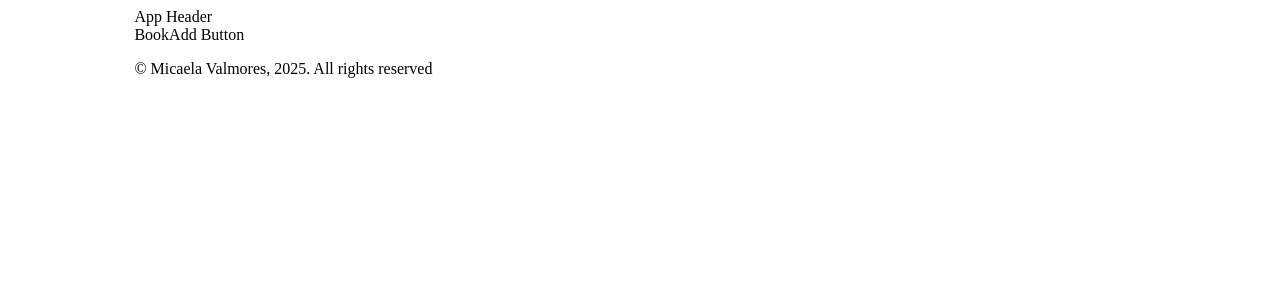
Repository: Micaelavalmores/COMP3170-Data-Fetching
Page: /
The author's editor kept a copy of each file at every save. The page is drawn from the files as they stood at one save, then again after a run of saves.
The browser window is 1280 px wide. The pictures show the whole page.
The project was rebuilt for these pictures with package versions that can differ from the ones it lists, and the page was loaded fresh each time. Also part of the build but not shown: vite.config.js.

Above is the page before, as saved 2025-09-22 17:49:52.

### index.html
<!doctype html>
<html lang="en">
  <head>
    <meta charset="UTF-8" />
    <meta name="viewport" content="width=device-width, initial-scale=1.0" />
    <title>Book Catalog</title>
  </head>
  <body>
    <div id="root"></div>
    <script type="module" src="/src/main.jsx"></script>
  </body>
</html>

### src/index.css
.app {
  display: flex;
  flex-direction: column;
  width: 80%;
  margin: 0 auto;
  background: #fff;
  min-height: 100%;
  justify-content: space-between;

}

### src/App.jsx
import Footer from "./components/Footer";
import Book from "./components/Book";
import AppHeader from "./components/AppHeader";
import AddButton from "./components/AddButton";


function App () {
  return (
    <div className="app">
      <section className="content">
        <AppHeader />
        <div className="mainContent">
          <Book />
          <AddButton />
        </div>
      </section>
        <Footer />
    </div>
  )
}

export default App;

### src/components/Footer.jsx
function Footer() {
    return (
        <footer>
            <p>&copy; Micaela Valmores, 2025. All rights reserved</p>
        </footer>
    );
}

export default Footer;

### src/components/Book.jsx
function Book () {
    return 'Book';
}

export default Book;

### src/components/AppHeader.jsx


function AppHeader () {
    return 'App Header';
}

export default AppHeader;

### src/components/AddButton.jsx
function AddButton () {
    return `Add Button`;
}

export default AddButton;

Loaded but not shown: src/main.jsx (common file)

After the next 2 saves:
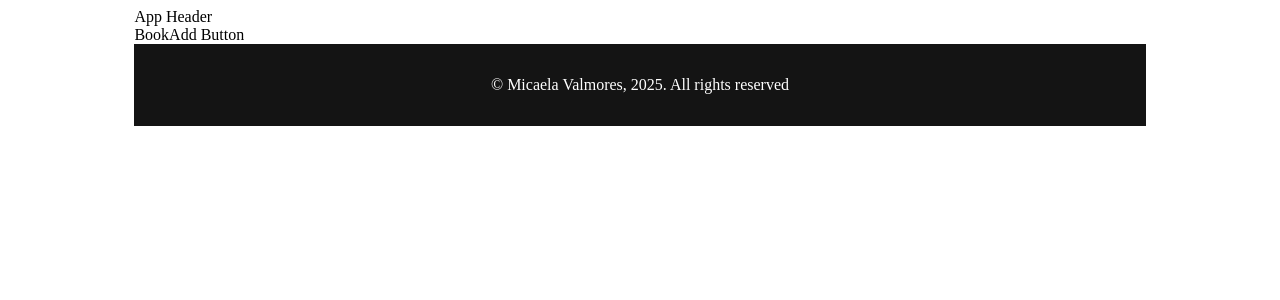
The 2 saves are shown as one change because they came seconds apart.
The last was saved 33 s later.
--- a/src/index.css
+++ b/src/index.css
@@ -7,4 +7,14 @@
   min-height: 100%;
   justify-content: space-between;
 
+  footer {
+    padding: 0 2em;
+    background: #141414;
+    color: #fff;
+
+    p {
+        text-align: center;
+        padding: 1em 0;
+    }
+  }
 }
